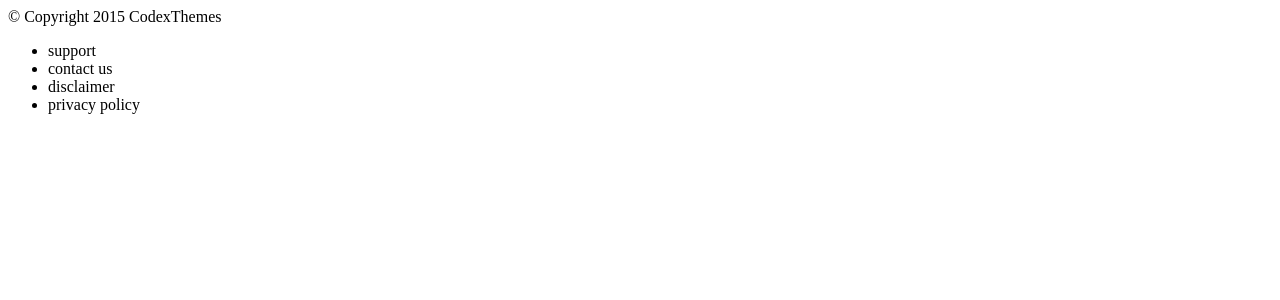
Repository: flylessbird/shop_cart
Page: html/footer.html
These files come from the project's save history. The page is drawn as it stood at one moment and after a run of saves; the edit follows.
The browser window is 1280 px wide. The pictures show the whole page.

Above is the page before, as saved 2022-05-10 15:17:00.

### html/footer.html
<!DOCTYPE html>
<html lang="en">
<head>
    <meta charset="UTF-8">
    <meta http-equiv="X-UA-Compatible" content="IE=edge">
    <meta name="viewport" content="width=device-width, initial-scale=1.0">
    <title>Document</title>
</head>
<body>
    <footer>
<div class="text">
    <span class="copy">&copy; Copyright 2015</span>
    <span class="theme">CodexThemes</span>
</div>
<ul class="ft_option">
<li>support</li>
<li>contact us</li>
<li>disclaimer</li>
<li>privacy policy</li>
</ul>
<img src="" alt="">
    </footer>
</body>
</html>

After the next 4 saves:
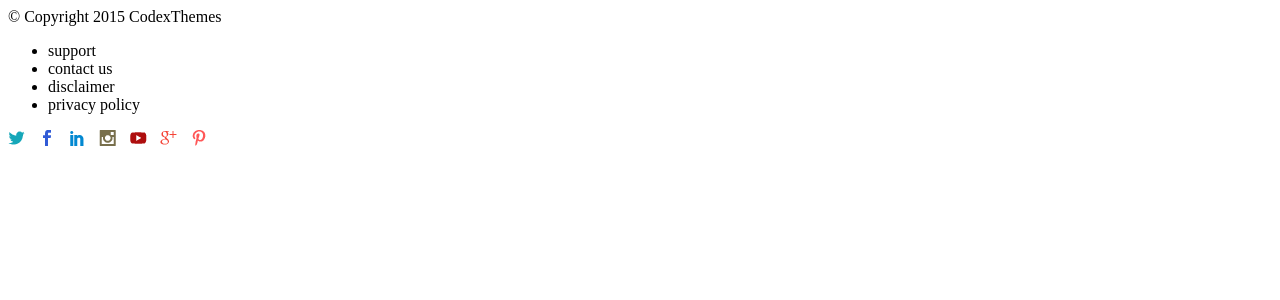
The 4 saves are shown as one change because they came seconds apart.
The last was saved 11 s later.
--- a/html/footer.html
+++ b/html/footer.html
@@ -18,7 +18,7 @@
 <li>disclaimer</li>
 <li>privacy policy</li>
 </ul>
-<img src="" alt="">
+<img src="/img/social.png" alt="">
     </footer>
 </body>
 </html>
